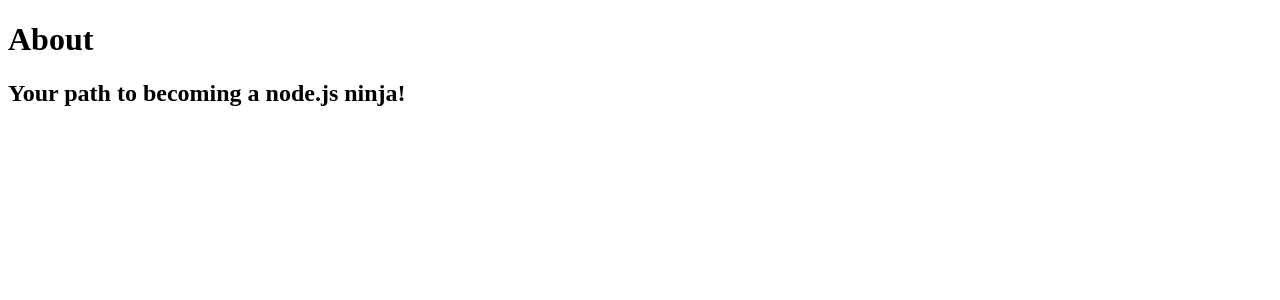
Repository: abdelblm/NodeJS-ninja
Page: http://localhost/about
These files come from the project's save history. The page is drawn as it stood at one moment and after a run of saves; the edit follows.
The browser window is 1280 px wide. The pictures show the whole page.
The page is served by the project's Node server (server.js).

Above is the page before, as saved 2023-01-30 19:49:02.

### views/about.html
<!DOCTYPE html>
<html lang="en">
  <head>
    <meta charset="UTF-8" />
    <meta http-equiv="X-UA-Compatible" content="IE=edge" />
    <meta name="viewport" content="width=device-width, initial-scale=1.0" />
    <title>Document</title>
  </head>
  <body>
    <h1>About</h1>
    <h2>Your path to becoming a node.js ninja!</h2>
  </body>
</html>

### server.js
const http = require('http');
const fs = require('fs');
const _ = require('lodash');

const server = http.createServer((req, res) => {
  //LODASH
  const num = _.random(0, 20);
  console.log(num);
  const greet = _.once(() => {
    console.log('Hello');
  });
  greet()
  //set header content type
  res.setHeader('Content-Type', 'text/html');
  let path = './views/';
  switch (req.url) {
    case '/':
      path += 'index.html';
      res.statusCode = 200;
      break;
    case '/about':
      path += 'about.html';
      res.statusCode = 200;
      break;
    case '/about-me': //REDIRECT
      res.statusCode = 301;
      res.setHeader('Location', '/about');
      res.end();
      break;
    default:
      path += '404.html';
      res.statusCode = 404;
      break;
  }
  // send an html file
  fs.readFile(path, (err, data) => {
    if (err) {
      console.log(err);
      res.end();
    } else {
      res.write(data);
      res.end();
    }
  });
});
server.listen(3000, 'localhost', () => {
  console.log(`App available on http://localhost:3000`);
});

After the next 2 saves:
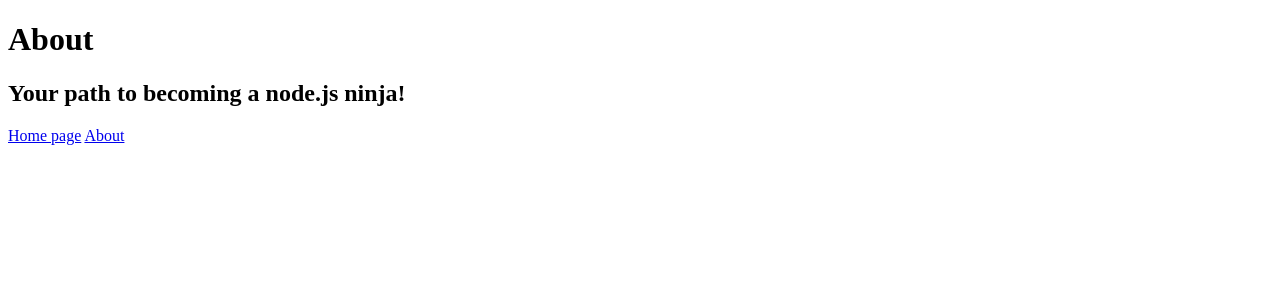
The 2 saves are shown as one change because they came seconds apart.
The last was saved 39 s later.
--- a/views/about.html
+++ b/views/about.html
@@ -9,5 +9,9 @@
   <body>
     <h1>About</h1>
     <h2>Your path to becoming a node.js ninja!</h2>
+    <nav>
+      <a href="/">Home page</a>
+      <a href="/about">About</a>
+    </nav>
   </body>
 </html>
